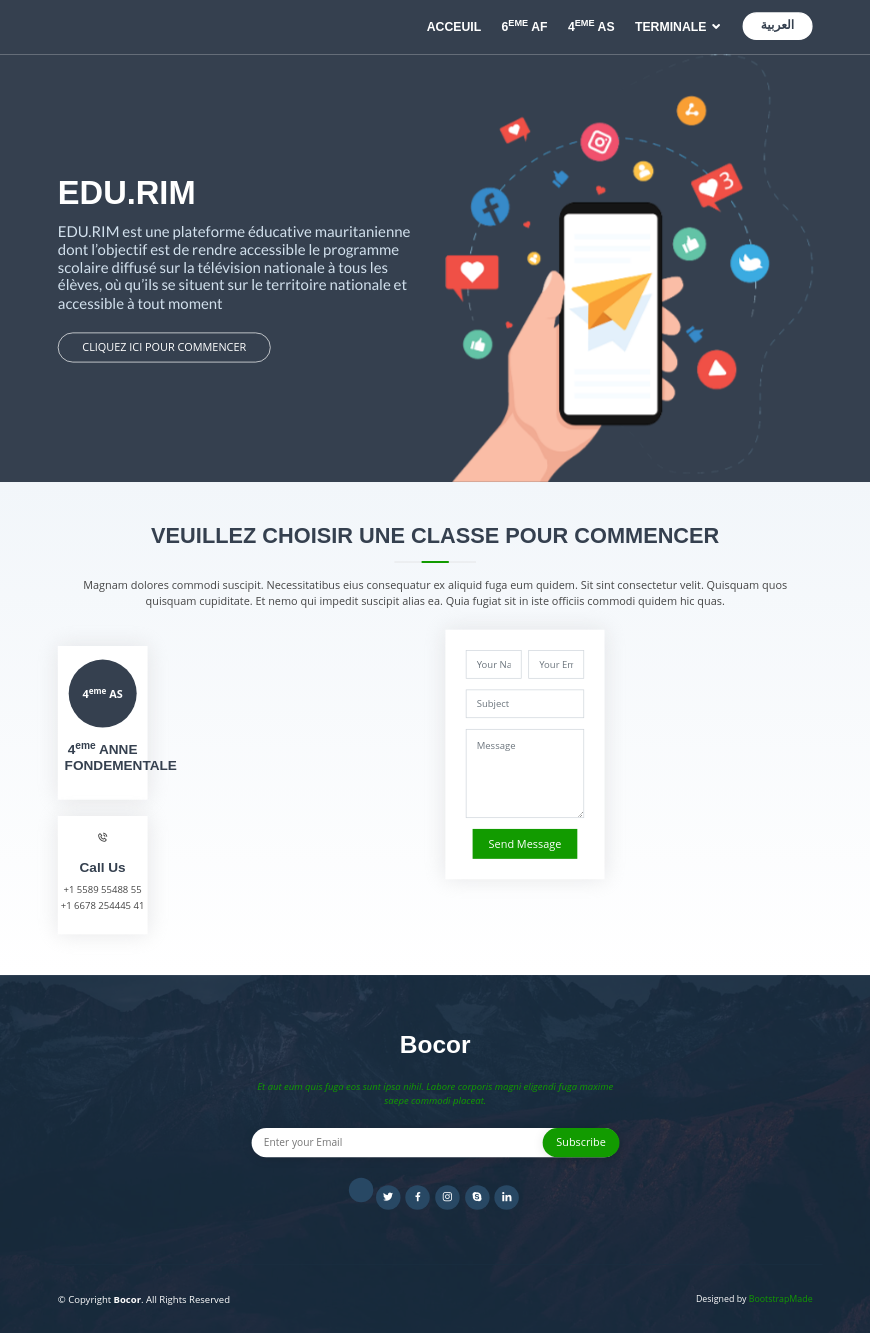
Repository: athiemohamed/courat
Page: http://localhost/
These files come from the project's save history. The page is drawn as it stood at one moment and after a run of saves; the edit follows.
The browser window is 1280 px wide. The pictures show the whole page, at 68% of full size.
Some web fonts or font styles are not loaded; a fallback is used. The page is run by PHP 8.4 with error messages shown; the project is at /var/www/html/. Other server files are loaded and not shown.

Above is the page before, as saved 2020-03-26 13:08:46.

### index.php
<!DOCTYPE html>
<html lang="en">

<head>
  <meta charset="utf-8">
  <meta content="width=device-width, initial-scale=1.0" name="viewport">

  <title>Cours - Rim Academy</title>
  <meta content="" name="descriptison">
  <meta content="" name="keywords">

  <!-- Favicons -->
  <link href="assets/img/favicon.png" rel="icon">
  <link href="assets/img/apple-touch-icon.png" rel="apple-touch-icon">

  <!-- Google Fonts -->
  <link href="https://fonts.googleapis.com/css?family=Cairo&display=swap" rel="stylesheet">
  <link href="https://fonts.googleapis.com/css?family=Lato&display=swap" rel="stylesheet">

  <!-- Vendor CSS Files -->
  <link href="assets/vendor/bootstrap/css/bootstrap.min.css" rel="stylesheet">
  <link href="assets/vendor/icofont/icofont.min.css" rel="stylesheet">
  <link href="assets/vendor/boxicons/css/boxicons.min.css" rel="stylesheet">
  <link href="assets/vendor/venobox/venobox.css" rel="stylesheet">
  <link href="assets/vendor/aos/aos.css" rel="stylesheet">

  <!-- Template Main CSS File -->
  <link href="assets/css/style.css" rel="stylesheet">

  <!-- =======================================================
  * Template Name: Bocor - v2.0.0
  * Template URL: https://bootstrapmade.com/bocor-bootstrap-template-nice-animation/
  * Author: BootstrapMade.com
  * License: https://bootstrapmade.com/license/
  ======================================================== -->
</head>

<body>

  <!-- ======= Header ======= -->
  <header id="header">
    <div class="container d-flex">
      <div class="logo mr-auto">
        <!-- <h1 class="text-light"><a href="index.html">RIM<span>.EDU</span></a></h1> -->
        <!-- Uncomment below if you prefer to use an image logo -->
        <!-- <a href="index.html"><img src="assets/img/logo.png" alt="" class="img-fluid"></a>-->
      </div>
      <nav class="nav-menu d-none d-lg-block">
        <ul>
          <li class="active"><a href="#header">ACCEUIL</a></li>
          <li><a href="#">6<sup>EME</sup> AF</a></li>
          <li><a href="#">4<sup>EME</sup> AS</a></li>
          <li class="drop-down"><a href="">TERMINALE</a>
            <ul>
              <li><a href="#">TERMINALE A</a></li>
              <li><a href="#">TERMINALE C</a></li>
              <li><a href="#">TERMINALE D</a></li>
              <li><a href="#">TERMINALE LM</a></li>
              <li><a href="#">TERMINALE LO</a></li>
            </ul>
          </li>
          <!-- Language Changer -->
          <li class="get-started"><a href="#">العربية</a></li>
        </ul>
      </nav><!-- .nav-menu -->
    </div>
  </header><!-- End Header -->

  <!-- ======= Hero Section ======= -->
  <section id="hero">

    <div class="container">
      <div class="row d-flex align-items-center"">
      <div class=" col-lg-6 py-5 py-lg-0 order-2 order-lg-1" data-aos="fade-right">
        <h1>EDU.RIM</h1>
        <h2>EDU.RIM est une plateforme éducative mauritanienne dont l’objectif est de
          rendre accessible le programme scolaire diffusé sur la télévision nationale à tous les élèves,
          où qu’ils se situent sur le territoire nationale et accessible à tout moment</h2>
        <a href="#contact" class="btn-get-started scrollto">CLIQUEZ ICI POUR COMMENCER</a>
      </div>
      <div class="col-lg-6 order-1 order-lg-2 hero-img" data-aos="fade-left">
        <img src="assets/img/hero-img.png" class="img-fluid" alt="">
      </div>
    </div>
    </div>

  </section><!-- End Hero -->

  <main id="main">

    <!-- ======= Partners Section ======= -->

    <!-- <section id="clients" class="clients section-bg">
      <div class="container">

        <div class="row no-gutters clients-wrap clearfix wow fadeInUp">

          <div class="col-lg-2 col-md-4 col-6">
            <div class="client-logo">
              <img src="assets/img/clients/client-1.png" class="img-fluid" alt="" data-aos="flip-right">
            </div>
          </div>

          <div class="col-lg-2 col-md-4 col-6">
            <div class="client-logo">
              <img src="assets/img/clients/client-2.png" class="img-fluid" alt="" data-aos="flip-right" data-aos-delay="100">
            </div>
          </div>

          <div class="col-lg-2 col-md-4 col-6">
            <div class="client-logo">
              <img src="assets/img/clients/client-3.png" class="img-fluid" alt="" data-aos="flip-right" data-aos-delay="200">
            </div>
          </div>

          <div class="col-lg-2 col-md-4 col-6">
            <div class="client-logo">
              <img src="assets/img/clients/client-4.png" class="img-fluid" alt="" data-aos="flip-right" data-aos-delay="300">
            </div>
          </div>

          <div class="col-lg-2 col-md-4 col-6">
            <div class="client-logo">
              <img src="assets/img/clients/client-5.png" class="img-fluid" alt="" data-aos="flip-right" data-aos-delay="400">
            </div>
          </div>

          <div class="col-lg-2 col-md-4 col-6">
            <div class="client-logo">
              <img src="assets/img/clients/client-6.png" class="img-fluid" alt="" data-aos="flip-right" data-aos-delay="500">
            </div>
          </div>

        </div>

      </div>
    </section> -->

    <!-- End Parteners Section -->

    <!-- ======= Contact Section ======= -->
    <section id="contact" class="contact section-bg">
      <div class="container">

        <div class="section-title">
          <h2 data-aos="fade-in">VEUILLEZ CHOISIR UNE CLASSE POUR COMMENCER</h2>
          <p data-aos="fade-in">Magnam dolores commodi suscipit. Necessitatibus eius consequatur ex aliquid fuga eum quidem. Sit sint consectetur velit. Quisquam quos quisquam cupiditate. Et nemo qui impedit suscipit alias ea. Quia fugiat sit in iste officiis commodi quidem hic quas.</p>
        </div>

        <div class="row">
          <div class="col-lg-6">
            <div class="row">
              <!-- Class item -->
              <a href="#">
                <div class="col-md-6">
                  <div class="info-box mt-4" data-aos="fade-up" data-aos-delay="100">
                    <div class="circle-badge">
                      <strong>4<sup>eme</sup> AS</strong>
                    </div>
                    <h3>4<sup>eme</sup> ANNE FONDEMENTALE</h3>
                  </div>
                </div>
              <!-- End of class item -->

              <div class="col-md-6">
                <div class="info-box mt-4" data-aos="fade-up" data-aos-delay="100">
                  <i class="bx bx-phone-call"></i>
                  <h3>Call Us</h3>
                  <p>+1 5589 55488 55<br>+1 6678 254445 41</p>
                </div>
              </div>
            </div>

          </div>

          <div class="col-lg-6">
            <form action="forms/contact.php" method="post" role="form" class="php-email-form" data-aos="fade-up">
              <div class="form-row">
                <div class="col-md-6 form-group">
                  <input type="text" name="name" class="form-control" id="name" placeholder="Your Name" data-rule="minlen:4" data-msg="Please enter at least 4 chars" />
                  <div class="validate"></div>
                </div>
                <div class="col-md-6 form-group">
                  <input type="email" class="form-control" name="email" id="email" placeholder="Your Email" data-rule="email" data-msg="Please enter a valid email" />
                  <div class="validate"></div>
                </div>
              </div>
              <div class="form-group">
                <input type="text" class="form-control" name="subject" id="subject" placeholder="Subject" data-rule="minlen:4" data-msg="Please enter at least 8 chars of subject" />
                <div class="validate"></div>
              </div>
              <div class="form-group">
                <textarea class="form-control" name="message" rows="5" data-rule="required" data-msg="Please write something for us" placeholder="Message"></textarea>
                <div class="validate"></div>
              </div>
              <div class="mb-3">
                <div class="loading">Loading</div>
                <div class="error-message"></div>
                <div class="sent-message">Your message has been sent. Thank you!</div>
              </div>
              <div class="text-center"><button type="submit">Send Message</button></div>
            </form>
          </div>

        </div>

      </div>
    </section><!-- End Contact Section -->

  </main><!-- End #main -->

  <!-- ======= Footer ======= -->
  <footer id="footer">

    <div class="footer-top">

      <div class="container" data-aos="fade-up">

        <div class="row  justify-content-center">
          <div class="col-lg-6">
            <h3>Bocor</h3>
            <p>Et aut eum quis fuga eos sunt ipsa nihil. Labore corporis magni eligendi fuga maxime saepe commodi placeat.</p>
          </div>
        </div>

        <div class="row footer-newsletter justify-content-center">
          <div class="col-lg-6">
            <form action="" method="post">
              <input type="email" name="email" placeholder="Enter your Email"><input type="submit" value="Subscribe">
            </form>
          </div>
        </div>

        <div class="social-links">
          <a href="#" class="twitter"><i class="bx bxl-twitter"></i></a>
          <a href="#" class="facebook"><i class="bx bxl-facebook"></i></a>
          <a href="#" class="instagram"><i class="bx bxl-instagram"></i></a>
          <a href="#" class="google-plus"><i class="bx bxl-skype"></i></a>
          <a href="#" class="linkedin"><i class="bx bxl-linkedin"></i></a>
        </div>

      </div>
    </div>

    <div class="container footer-bottom clearfix">
      <div class="copyright">
        &copy; Copyright <strong><span>Bocor</span></strong>. All Rights Reserved
      </div>
      <div class="credits">
        <!-- All the links in the footer should remain intact. -->
        <!-- You can delete the links only if you purchased the pro version. -->
        <!-- Licensing information: https://bootstrapmade.com/license/ -->
        <!-- Purchase the pro version with working PHP/AJAX contact form: https://bootstrapmade.com/bocor-bootstrap-template-nice-animation/ -->
        Designed by <a href="https://bootstrapmade.com/">BootstrapMade</a>
      </div>
    </div>
  </footer><!-- End Footer -->

  <a href="#" class="back-to-top"><i class="icofont-simple-up"></i></a>

  <!-- Vendor JS Files -->
  <script src="assets/vendor/jquery/jquery.min.js"></script>
  <script src="assets/vendor/bootstrap/js/bootstrap.bundle.min.js"></script>
  <script src="assets/vendor/jquery.easing/jquery.easing.min.js"></script>
  <script src="assets/vendor/php-email-form/validate.js"></script>
  <script src="assets/vendor/isotope-layout/isotope.pkgd.min.js"></script>
  <script src="assets/vendor/venobox/venobox.min.js"></script>
  <script src="assets/vendor/aos/aos.js"></script>

  <!-- Template Main JS File -->
  <script src="assets/js/main.js"></script>

</body>

</html>

Loaded but not shown: assets/js/main.js (117 lines, source omitted); assets/css/style.css (1309 lines, source omitted)

After the next 2 saves:
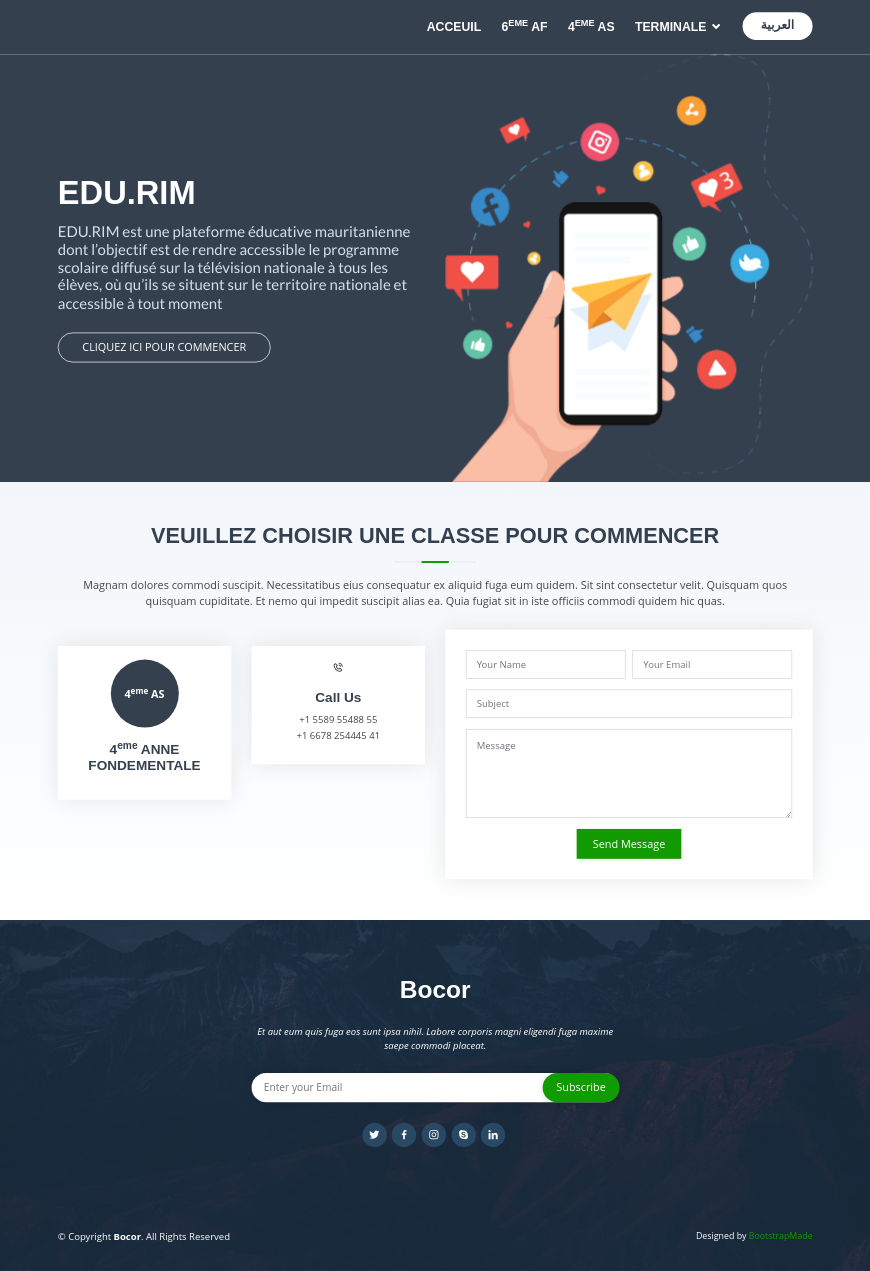
The 2 saves are shown as one change because they came seconds apart.
The last was saved 7 s later.
--- a/index.php
+++ b/index.php
@@ -151,15 +151,14 @@
           <div class="col-lg-6">
             <div class="row">
               <!-- Class item -->
-              <a href="#">
-                <div class="col-md-6">
+                <a href="" class="col-md-6">
                   <div class="info-box mt-4" data-aos="fade-up" data-aos-delay="100">
                     <div class="circle-badge">
                       <strong>4<sup>eme</sup> AS</strong>
                     </div>
                     <h3>4<sup>eme</sup> ANNE FONDEMENTALE</h3>
                   </div>
-                </div>
+                </a>
               <!-- End of class item -->
 
               <div class="col-md-6">
